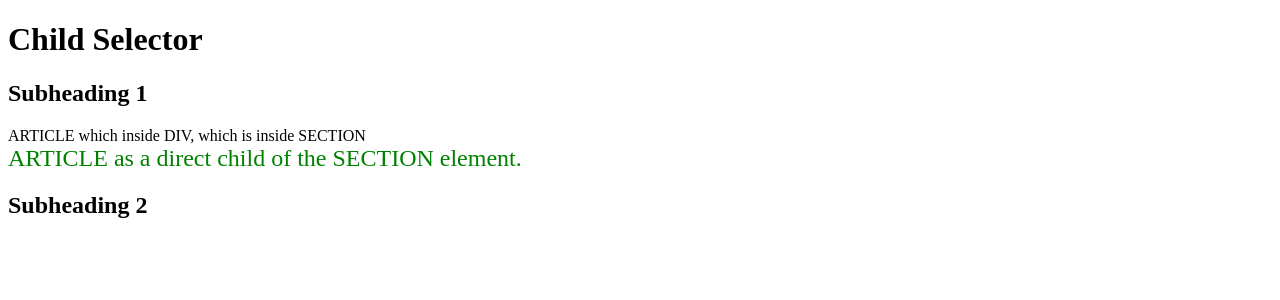
Repository: Aakarshit-Sharma19/Basic-HTML-and-CSS-Page-
Page: test.html
The author's editor kept a copy of each file at every save. The page is drawn from the files as they stood at one save, then again after the next save.
The browser window is 1280 px wide. The pictures show the whole page.

Above is the page before, as saved 2020-11-08 10:36:18.

After the next save:
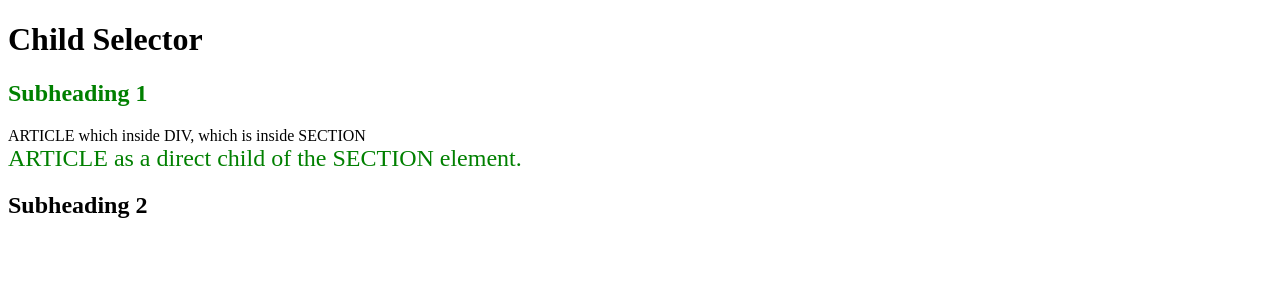
Saved 24 s later.
--- a/test.html
+++ b/test.html
@@ -12,7 +12,7 @@ section > article {
 }
 
 /* any h2 element which is a direct child of a section element,i.e., any h2 element whose immediate parent is a section element. */
-xxx {
+section > h2 {
   color: green;
 }
 
